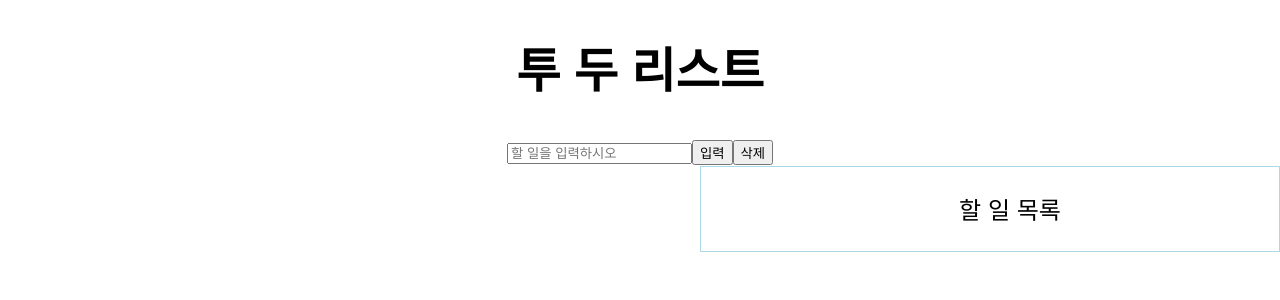
Repository: jun01270/Todo-List_React
Page: /
An editor plug-in stored every save of this project. The page is shown before and after a run of saves, followed by the edit.
The browser window is 1280 px wide. The pictures show the whole page.
The project was rebuilt for these pictures with package versions that can differ from the ones it lists, and the page was loaded fresh each time.

Above is the page before, as saved 2023-01-03 02:32:04.

### public/index.html
<!DOCTYPE html>
<html lang="en">
  <head>
    <meta charset="utf-8" />
    <link rel="preconnect" href="https://fonts.googleapis.com" />
    <link rel="preconnect" href="https://fonts.gstatic.com" crossorigin />
    <link
      href="https://fonts.googleapis.com/css2?family=Nanum+Pen+Script&display=swap"
      rel="stylesheet"
    />
    <meta name="viewport" content="width=device-width, initial-scale=1" />
    <meta name="theme-color" content="#000000" />
    <meta
      name="description"
      content="Web site created using create-react-app"
    />
    <title>React App</title>
  </head>
  <body>
    <noscript>You need to enable JavaScript to run this app.</noscript>
    <div id="root"></div>
  </body>
</html>

### src/App.js
import "./App.css";
import Todo from "./todo";

function App() {
  return (
    <>
      <Todo />
    </>
  );
}

export default App;

### src/App.css
#todo {
  font-family: "Nanum Pen Script", cursive;
  font-size: x-large;
  display: flex;
  justify-content: center;
  text-align: center;
  flex-direction: column;
}

.todo-items {
  margin-left: 700px;
  border: 1px solid lightblue;
}

### src/todo.js
import { useState } from "react";
import "./App.css";

function Todo() {
  const [inputValue, setInputValue] = useState("");
  const [todoItems, setTodoItems] = useState([]);
  const [keyValue, keyState] = useState(0);
  const [key, inputKey] = useState([]);

  const handleInput = (e) => {
    setInputValue(e.target.value);
  };

  const handleTodo = (e) => {
    setTodoItems([...todoItems, inputValue]);
    keyState(keyValue + 1);
    inputKey([...key, keyValue]);
  };

  const deleteTodo = () => {
    setTodoItems([]);
  };

  return (
    <div id="todo">
      <h1>투 두 리스트</h1>
      <div>
        <input
          type="text"
          placeholder="할 일을 입력하시오"
          onChange={handleInput}
          value={inputValue}
        ></input>
        <button onClick={handleTodo}>입력</button>
        <button onClick={deleteTodo}>삭제</button>
      </div>
      <div className="todo-items">
        <ul>할 일 목록</ul>
        {todoItems.map((todos) => (
          <div id={keyValue}>{todos}</div>
        ))}
      </div>
    </div>
  );
}

export default Todo;

Loaded but not shown: src/index.js (common file); src/index.css (common file); src/reportWebVitals.js (common file)

After the next 4 saves:
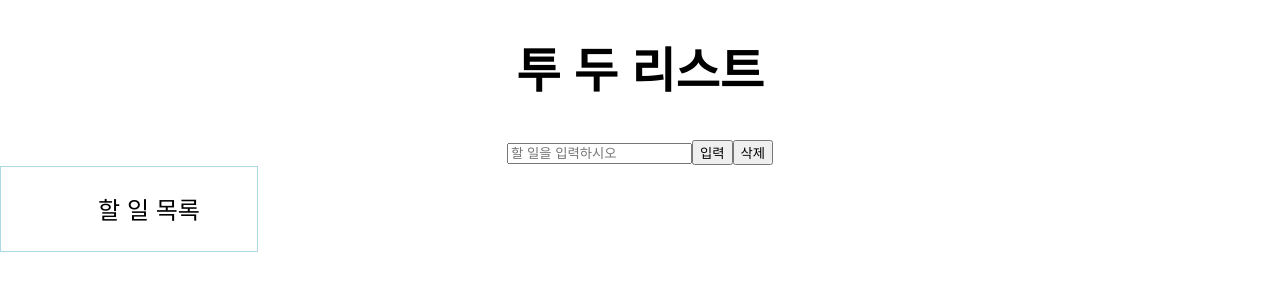
The 4 saves are shown as one change because they came seconds apart.
The last was saved 23 s later.
--- a/src/App.css
+++ b/src/App.css
@@ -8,6 +8,6 @@
 }
 
 .todo-items {
-  margin-left: 700px;
+  width: 20%;
   border: 1px solid lightblue;
 }
